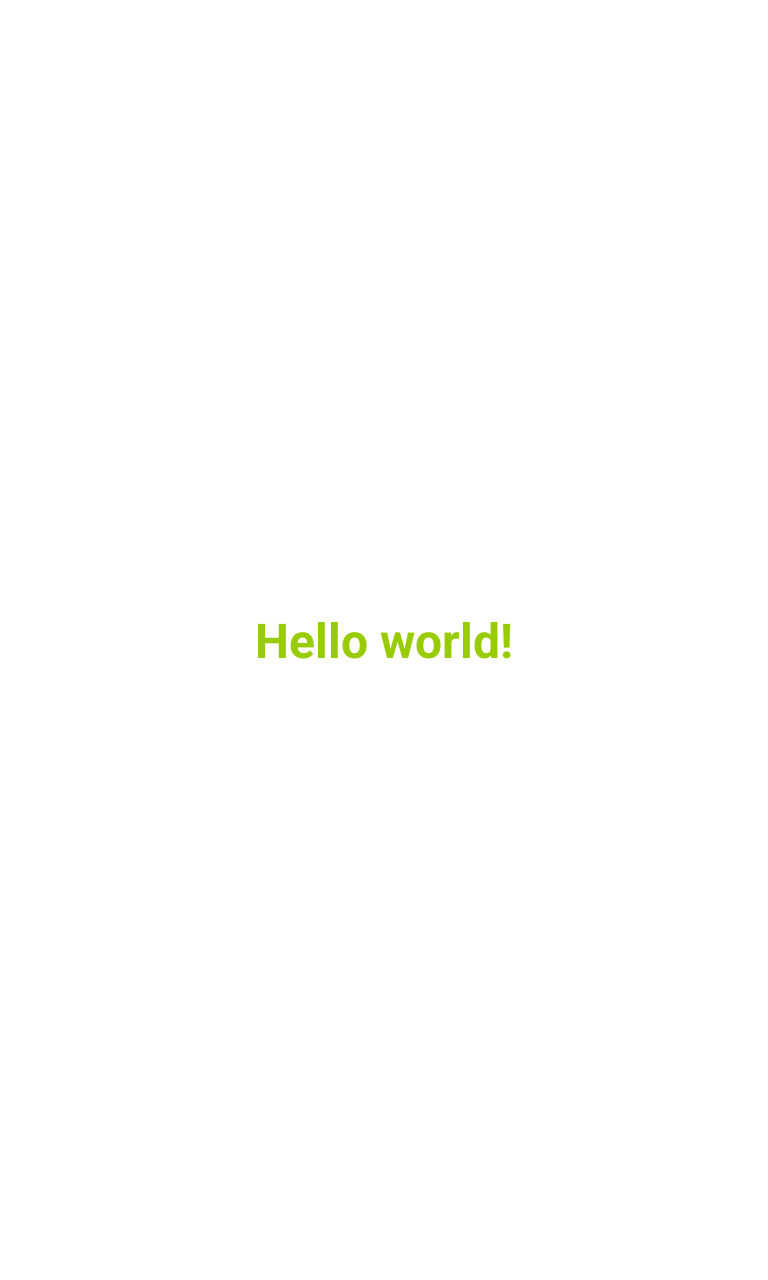
Repository: HackPR/hackprandroidwarmup
Layout: HelloWorld(Sample1)/res/layout/activity_main.xml
These files come from the project's save history. The layout is drawn as it stood at one moment and after the next save; the edit follows.
It is drawn on a 768 x 1280 px phone screen (xhdpi) without system bars, with theme AppTheme; the app's code is not run.

Above is the layout before, as saved 2014-03-11 19:26:03.

### HelloWorld(Sample1)/res/layout/activity_main.xml
<RelativeLayout xmlns:android="http://schemas.android.com/apk/res/android"
    xmlns:tools="http://schemas.android.com/tools"
    android:layout_width="match_parent"
    android:layout_height="match_parent"
    android:paddingBottom="@dimen/activity_vertical_margin"
    android:paddingLeft="@dimen/activity_horizontal_margin"
    android:paddingRight="@dimen/activity_horizontal_margin"
    android:paddingTop="@dimen/activity_vertical_margin"
    tools:context=".MainActivity" >

    <TextView
        android:textColor="@android:color/holo_green_light"
        android:textSize="24sp"
        android:textStyle="bold"
        android:layout_centerInParent="true"
        android:layout_width="wrap_content"
        android:layout_height="wrap_content"
        android:text="@string/hello_world" />

</RelativeLayout>

### HelloWorld(Sample1)/res/values/strings.xml
<?xml version="1.0" encoding="utf-8"?>
<resources>

    <string name="app_name">Hello World</string>
    <string name="action_settings">Settings</string>
    <string name="hello_world">Hello world!</string>

</resources>

Loaded but not shown: HelloWorld(Sample1)/res/values/styles.xml (common file); HelloWorld(Sample1)/res/values-v11/styles.xml (common file); HelloWorld(Sample1)/res/values-v14/styles.xml (common file); HelloWorld(Sample1)/res/values/dimens.xml (common file)

After the next save:
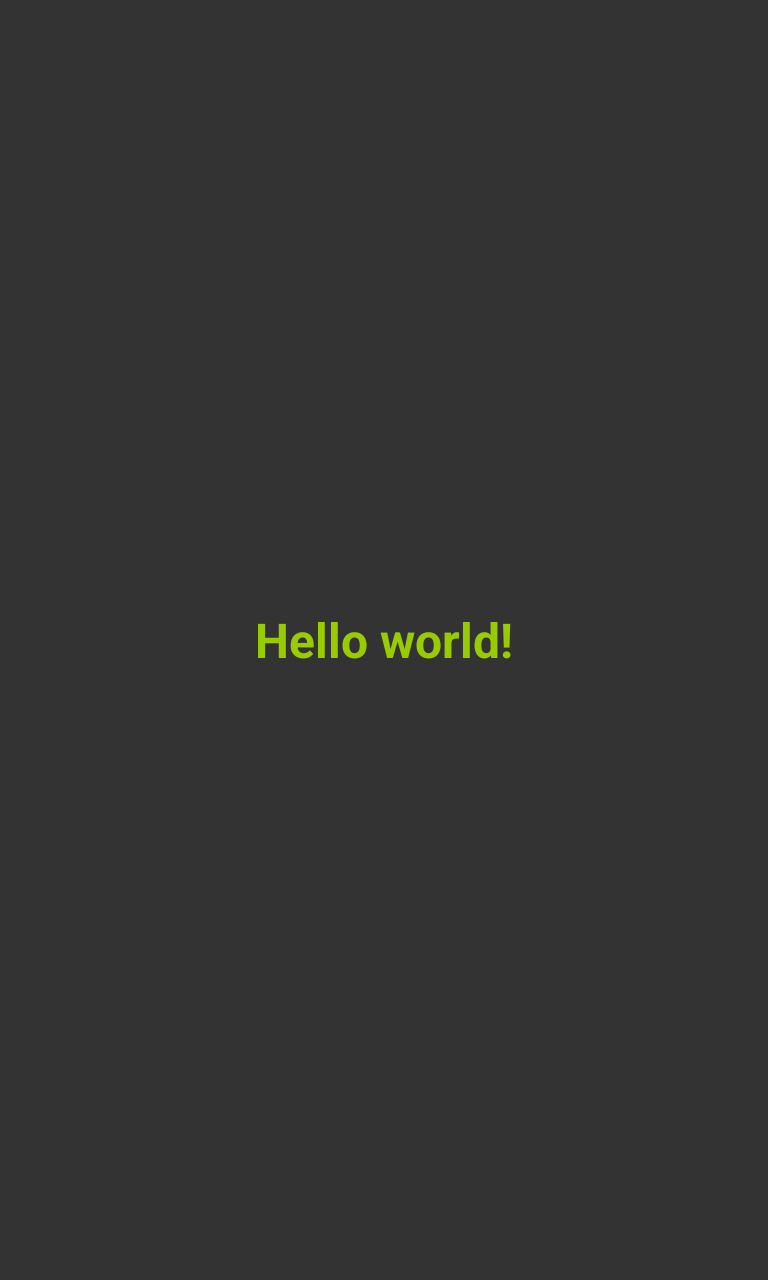
Saved 28 s later.
--- a/HelloWorld(Sample1)/res/layout/activity_main.xml
+++ b/HelloWorld(Sample1)/res/layout/activity_main.xml
@@ -6,6 +6,7 @@
     android:paddingLeft="@dimen/activity_horizontal_margin"
     android:paddingRight="@dimen/activity_horizontal_margin"
     android:paddingTop="@dimen/activity_vertical_margin"
+    android:background="#333333"
     tools:context=".MainActivity" >
 
     <TextView
